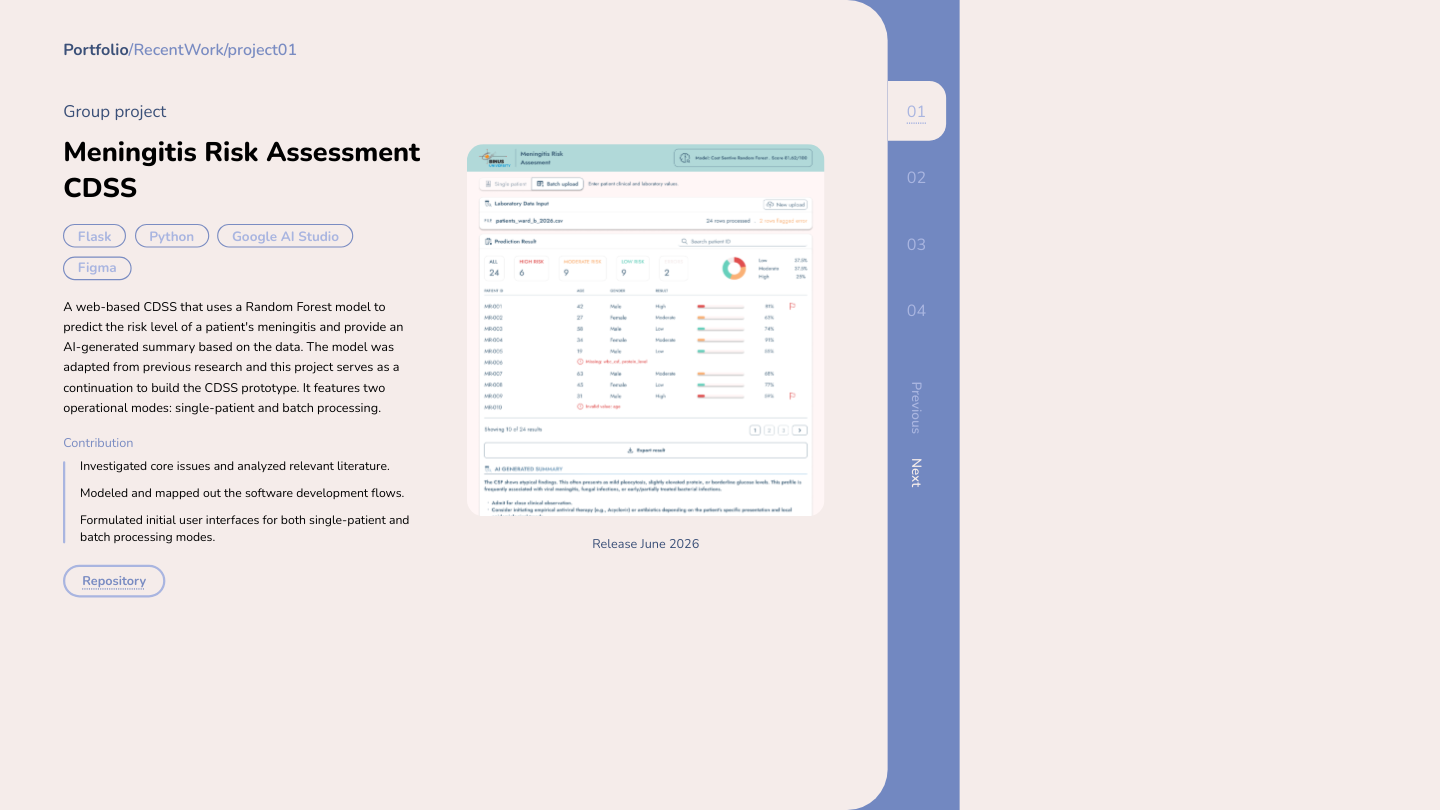
Repository: L-vy/L-vy
Page: /recentworks/project01
The author's editor kept a copy of each file at every save. The page is drawn from the files as they stood at one save, then again after the next save.
The browser window is 1280 px wide. The page is 1280 px wide, then 1920 px, then 1280 px, so the pictures cover 1920 px, including what lies to the right of the window. The pictures show the whole page, at 75% of full size.
Some web fonts or font styles are not loaded; a fallback is used. The project was rebuilt for these pictures with package versions that can differ from the ones it lists, and the page was loaded fresh each time. Also part of the build but not shown: vite.config.ts, src/components/Icon.tsx, src/data/site.ts, src/components/useGoTo.ts, src/components/Navbar.tsx, src/components/Hero.tsx, src/components/Reveal.tsx, src/components/Skills.tsx and 9 more.

Above is the page before, as saved 2026-10-07 22:16:42.

### index.html
<!doctype html>
<html lang="en">
  <head>
    <meta charset="UTF-8" />
    <meta name="viewport" content="width=device-width, initial-scale=1.0" />
    <meta name="description" content="Portfolio of Latasha Ivy Khoe, Computer Science student specializing in Cloud Technology, UI/UX design and full-stack development." />
    <meta name="theme-color" content="#7288c1" />
    <link rel="icon" href="/images/ivy-logo.svg" />
    <link rel="preconnect" href="https://fonts.googleapis.com" />
    <link rel="preconnect" href="https://fonts.gstatic.com" crossorigin />
    <link href="https://fonts.googleapis.com/css2?family=Nunito:ital,wght@0,400;0,600;0,700;0,800;1,400&family=Playwrite+US+Modern:wght@100..400&display=swap" rel="stylesheet" />
    <title>Latasha Ivy Khoe | Portfolio</title>
  </head>
  <body>
    <div id="root"></div>
    <script type="module" src="/src/main.tsx"></script>
  </body>
</html>

### src/main.tsx
import { StrictMode } from 'react'
import { createRoot } from 'react-dom/client'
import App from './App'
import './styles.css'
createRoot(document.getElementById('root')!).render(<StrictMode><App /></StrictMode>)

### src/App.tsx
import { BrowserRouter, Route, Routes } from 'react-router-dom'
import Home from './pages/Home'
import ProjectDetails from './pages/ProjectDetails'
import CursorCircle from './components/CursorCircle'
export default function App() {
  return (
    <BrowserRouter>
      <CursorCircle />
      <Routes>
        <Route path="/" element={<Home />} />
        <Route path="/recentworks/:id" element={<ProjectDetails />} />
        <Route path="*" element={<Home />} />
      </Routes>
    </BrowserRouter>
  )
}

### src/pages/ProjectDetails.tsx
import { useEffect } from 'react'
import { Navigate, useNavigate, useParams } from 'react-router-dom'
import { projects } from '../data/projects'
import ProjectSidebar from '../components/ProjectSidebar'
export default function ProjectDetails() {
  const { id } = useParams(); const nav = useNavigate()
  const i = projects.findIndex(p => p.id === id)
  useEffect(() => { window.scrollTo(0, 0) }, [id])
  if (i < 0) return <Navigate to="/" replace />
  const p = projects[i]
  return (
  <div style={{transform: 'scale(1.50)',transformOrigin: 'top left',width: '66.667%'}}>
    <div className="detail-shell">
      <main className="page detail">
        <p className="path">
        <button className="crumb" onClick={() => nav('/', { state: { scrollTo: 'recent-works' } })}><b>Portfolio</b>/RecentWork</button>/{p.id}
      </p>
      <div className="detail-grid">
        <div>
          <p className="meta">{p.type}</p>
          <h1 className="detail-title">{p.title}</h1>
          {/* <ul className="pills left">{p.categories.map(c => <li key={c} className="pill solid-outline">{c}</li>)}</ul>
          <p className="meta">{p.tools.join(' · ')} · {p.type}</p> */}
          <ul className="pills left" aria-label="Tools">{p.tools.map(t => <li key={t} className="pill solid-outline">{t}</li>)}</ul>
          <p className="lead sm">{p.description}</p>
          <h2 className="contrib">Contribution</h2>
          <ul className="contrib-list">{p.contributions.map(c => <li key={c}>{c}</li>)}</ul>
          <div className="detail-links">{p.links.map(l => <a key={l.label} className="pill link-dotted" href={l.url} target="_blank" rel="noreferrer">{l.label}</a>)}</div>
        </div>
        <figure className="proto">
          <img src={p.prototypeImage} alt={`${p.title} prototype`} />
          <figcaption>Release {p.releaseDate}</figcaption>
        </figure>
      </div>
      </main>
      <ProjectSidebar index={i} />      {/* first in the DOM = left side */}
    </div>
  </div>
  )
}
// export default function ProjectDetails() {
//   const { id } = useParams(); const nav = useNavigate()
//   const i = projects.findIndex(p => p.id === id)
//   useEffect(() => { window.scrollTo(0, 0) }, [id])
//   if (i < 0) return <Navigate to="/" replace />
//   const p = projects[i], prev = projects[i - 1], next = projects[i + 1]
//   const isLast = !next
//   return (<>
//     <main className="page detail">
//       <p className="path">
//         <button className="crumb" onClick={() => nav('/', { state: { scrollTo: 'recent-works' } })}><b>Portfolio</b>/RecentWork</button>/{p.id}
//       </p>
//       <div className="detail-grid">
//         <div>
//           <p className="meta">{p.type}</p>
//           <h1 className="detail-title">{p.title}</h1>
//           {/* <ul className="pills left">{p.categories.map(c => <li key={c} className="pill solid-outline">{c}</li>)}</ul>
//           <p className="meta">{p.tools.join(' · ')} · {p.type}</p> */}
//           <ul className="pills left" aria-label="Tools">{p.tools.map(t => <li key={t} className="pill solid-outline">{t}</li>)}</ul>
//           <p className="lead sm">{p.description}</p>
//           <h2 className="contrib">Contribution</h2>
//           <ul className="contrib-list">{p.contributions.map(c => <li key={c}>{c}</li>)}</ul>
//           <div className="detail-links">{p.links.map(l => <a key={l.label} className="pill link-dotted" href={l.url} target="_blank" rel="noreferrer">{l.label}</a>)}</div>
//         </div>
//         <figure className="proto">
//           <img src={p.prototypeImage} alt={`${p.title} prototype`} />
//           <figcaption>Release {p.releaseDate}</figcaption>
//         </figure>
//       </div>
//     </main>
//     <div className="pager">
//       {/* {prev ? <Link className="pager-btn prev" to={`/recentworks/${prev.id}`}>Previous</Link> : <span className="pager-btn prev off">Previous</span>}
//       {next ? <Link className="pager-btn" to={`/recentworks/${next.id}`}>Next</Link> : <span className="pager-btn off">Next</span>} */}
//       {prev ? <Link className={`pager-btn${isLast ? ' hang' : ''}`} to={`/recentworks/${prev.id}`}>Previous</Link> : <span className={`pager-btn off${isLast ? ' hang' : ''}`}>Previous</span>}
//       {next ? <Link className={`pager-btn${isLast ? '' : ' hang'}`} to={`/recentworks/${next.id}`}>Next</Link> : <span className={`pager-btn off${isLast ? '' : ' hang'}`}>Next</span>}
//     </div>
//   </>)
// }

### src/components/CursorCircle.tsx
import { useEffect, useRef } from 'react'
// Soft circle that follows the pointer and expands over buttons/links. Hidden on touch devices.
export default function CursorCircle() {
  const ref = useRef<HTMLDivElement>(null)
  useEffect(() => {
    if (!window.matchMedia('(hover: hover) and (pointer: fine)').matches) return
    const el = ref.current!
    const move = (e: MouseEvent) => {
      const over = (e.target as Element | null)?.closest('a,button,[data-cursor]')
      el.style.transform = `translate(${e.clientX}px,${e.clientY}px) translate(-50%,-50%) scale(${over ? 1 : 0})`
    }
    const leave = () => { el.style.transform = 'translate(-100px,-100px) scale(0)' }
    window.addEventListener('mousemove', move); document.addEventListener('mouseleave', leave)
    return () => { window.removeEventListener('mousemove', move); document.removeEventListener('mouseleave', leave) }
  }, [])
  return <div ref={ref} className="cursor-circle" aria-hidden="true" />
}

### src/data/projects.ts
export interface ProjectLink { label: string; url: string }
export interface Project {
  id: string; title: string; shortDescription: string; description: string
  image: string; prototypeImage: string; categories: string[]; tools: string[]; type: string
  links: ProjectLink[]; releaseDate: string; contributions: string[]
}
const img = (name: string) => `/images/projects/${name}.svg`
export const projects: Project[] = [
  {
    id: 'project01', title: 'Meningitis Risk Assessment CDSS',
    shortDescription: 'Clinical decision support for meningitis risk.',
    description: "A web-based CDSS that uses a Random Forest model to predict the risk level of a patient's meningitis and provide an AI-generated summary based on the data. The model was adapted from previous research and this project serves as a continuation to build the CDSS prototype. It features two operational modes: single-patient and batch processing.",
    image: img('cdss-meningitis'), prototypeImage: img('cdss-meningitis'), categories: ['Application Development', 'UI/UX'],
    tools: ['Flask', 'Python', 'Google AI Studio', 'Figma'], type: 'Group project',
    links: [{ label: 'Repository', url: 'https://github.com/chrysan95/meningitis_risk_assessment' }], releaseDate: 'June 2026',
    contributions: ['Investigated core issues and analyzed relevant literature.', 'Modeled and mapped out the software development flows.', 'Formulated initial user interfaces for both single-patient and batch processing modes.'],
  },
  {
    id: 'project02', title: 'Klerve', shortDescription: 'Haptic pen and AI app that helps people with ADHD regain focus.',
    description: "This project, which started as an ideation, is designed to help individuals with ADHD or focus difficulties by using a haptic pen connected to an app. The AI-based system tracks body and eye movements, then provides vibration alerts that help users regain focus. It aligns with Google.org's focus on education while implementing human-centered AI technology.",
    image: img('klerve'), prototypeImage: img('klerve'), categories: ['UI/UX'], tools: ['Figma'], type: 'Group project',
    links: [{ label: 'Proposal', url: 'https://drive.google.com/file/d/1Z4kwclvYXWxlEG2Ly2cNN0OCXOssgMGx/view?usp=sharing' }, { label: 'Video', url: 'https://youtu.be/0q1nO0iuCGU?si=mCvCKTX16-4OYDPh' }],
    releaseDate: 'March 2026',
    contributions: ['Researched target user needs and primary focus challenges.', 'Structured and designed the proposal layout for a highly readable review.', 'Assisted in designing initial interface concepts for the prototype app.'],
  },
  {
    id: 'project03', title: 'Ducky', shortDescription: 'Gamified flashcard app for smarter university studying.',
    description: 'Ducky is a gamified learning application made for university students who have trouble building a proper learning strategy. Built on a simple, memory-focused flashcard app, it makes studying more engaging and digestible in a shorter span of time. Each day presents a daily quest to unlock Ducky skins, completed by checking off to-do lists or earning XP in the training hall.',
    image: img('ducky'), prototypeImage: img('ducky'), categories: ['UI/UX'], tools: ['Figma'], type: 'Self-initiated project',
    links: [{ label: 'Prototype', url: 'https://www.figma.com/proto/vDHKPYqVWF5EF2O1UojpyD/Final-Project-UI-UX?node-id=77-3&p=f&viewport=-196%2C-27%2C0.02&t=XdKJMJBtwxoFTxZr-1&scaling=scale-down&content-scaling=fixed&starting-point-node-id=77%3A3&show-proto-sidebar=1&page-id=37%3A4298' }, { label: 'Overview', url: 'https://drive.google.com/file/d/1gh3WKY70dS-ZdYFia5I56Ok9MZQVw0ZY/view?usp=sharing' }],
    releaseDate: 'May 2025',
    contributions: ['Researched user needs through targeted surveys.', 'Designed interactive app prototype layouts.', 'Conducted app evaluations and user testing.', 'Structured the case study presentation and wireframes.'],
  },
  {
    id: 'project04', title: 'Perfect Farm', shortDescription: 'Marketplace for odd-looking produce to reduce food waste.',
    description: 'An online platform that enables farmers to sell odd-looking fruits and vegetables directly to consumers. These products are still fit for consumption but do not meet standard market appearances. The project aims to reduce food waste and give consumers affordable yet healthy diets, supporting UN Sustainable Development Goals 1, 2, and 10.',
    image: img('perfect-farm'), prototypeImage: img('perfect-farm'), categories: ['UI/UX'], tools: ['Figma'], type: 'Group project',
    links: [{ label: 'Prototype', url: 'https://www.figma.com/proto/0NArwISPxhp6qkAFpMuTFR/GoGlobal-Innovation?node-id=26-292&p=f&viewport=103%2C214%2C0.21&t=yB5uVCZkxzJckIVd-1&scaling=min-zoom&content-scaling=fixed&page-id=24%3A2' }, { label: 'Overview', url: 'https://canva.link/1w0f1v8fhv46lss' }],
    releaseDate: 'June 2025',
    contributions: ['Researched food waste relevancy across UK and SEA regions.', 'Formatted and structured the presentation layout.', 'Designed initial customer and farmer interface prototype layouts and app logo.'],
  },
]

### src/components/ProjectSidebar.tsx
import { Link } from 'react-router-dom'
import { projects } from '../data/projects'

const pad = (n: number) => String(n + 1).padStart(2, '0')

export default function ProjectSidebar({ index }: { index: number }) {
  const prev = projects[index - 1], next = projects[index + 1]
  return (
    <aside className="side">
      <nav className="steps" aria-label="Projects">
        {projects.map((q, n) => (
          <Link
            key={q.id}
            to={`/recentworks/${q.id}`}
            // RULE 2: 'on' = cream tab
            className={`step fx${n === index ? ' on' : ''}`}
            aria-label={`Project ${n + 1}: ${q.title}`}
            aria-current={n === index ? 'page' : undefined}
          >{pad(n)}</Link>
        ))}
      </nav>
      <nav className="side-nav" aria-label="Previous and next project">
        {/* RULE 3: no prev → first page → 'edge' (light blue) */}
        {prev
          ? <Link className="side-btn" to={`/recentworks/${prev.id}`}>Previous</Link>
          : <span className="side-btn edge" aria-disabled="true">Previous</span>}
        {/* RULE 3: no next → last page → 'edge' (light blue) */}
        {next
          ? <Link className="side-btn" to={`/recentworks/${next.id}`}>Next</Link>
          : <span className="side-btn edge" aria-disabled="true">Next</span>}
      </nav>
    </aside>
  )
}

Loaded but not shown: src/styles.css (193 lines, source omitted)

After the next save:
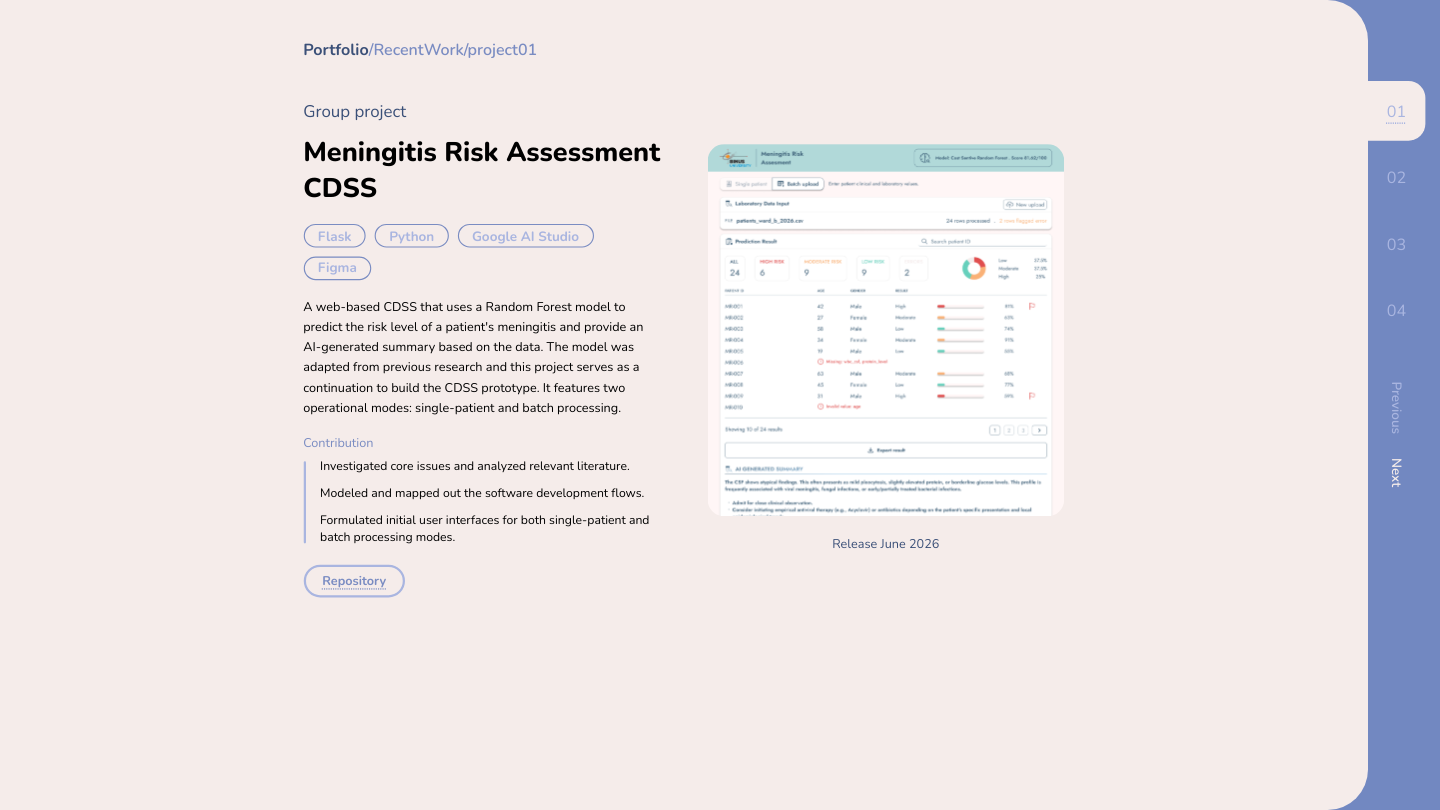
Saved 31 s later.
--- a/src/pages/ProjectDetails.tsx
+++ b/src/pages/ProjectDetails.tsx
@@ -9,7 +9,7 @@
   if (i < 0) return <Navigate to="/" replace />
   const p = projects[i]
   return (
-  <div style={{transform: 'scale(1.50)',transformOrigin: 'top left',width: '66.667%'}}>
+  <div style={{transform: 'scale(1.50)',transformOrigin: 'top left'}}>
     <div className="detail-shell">
       <main className="page detail">
         <p className="path">

After the save that followed:
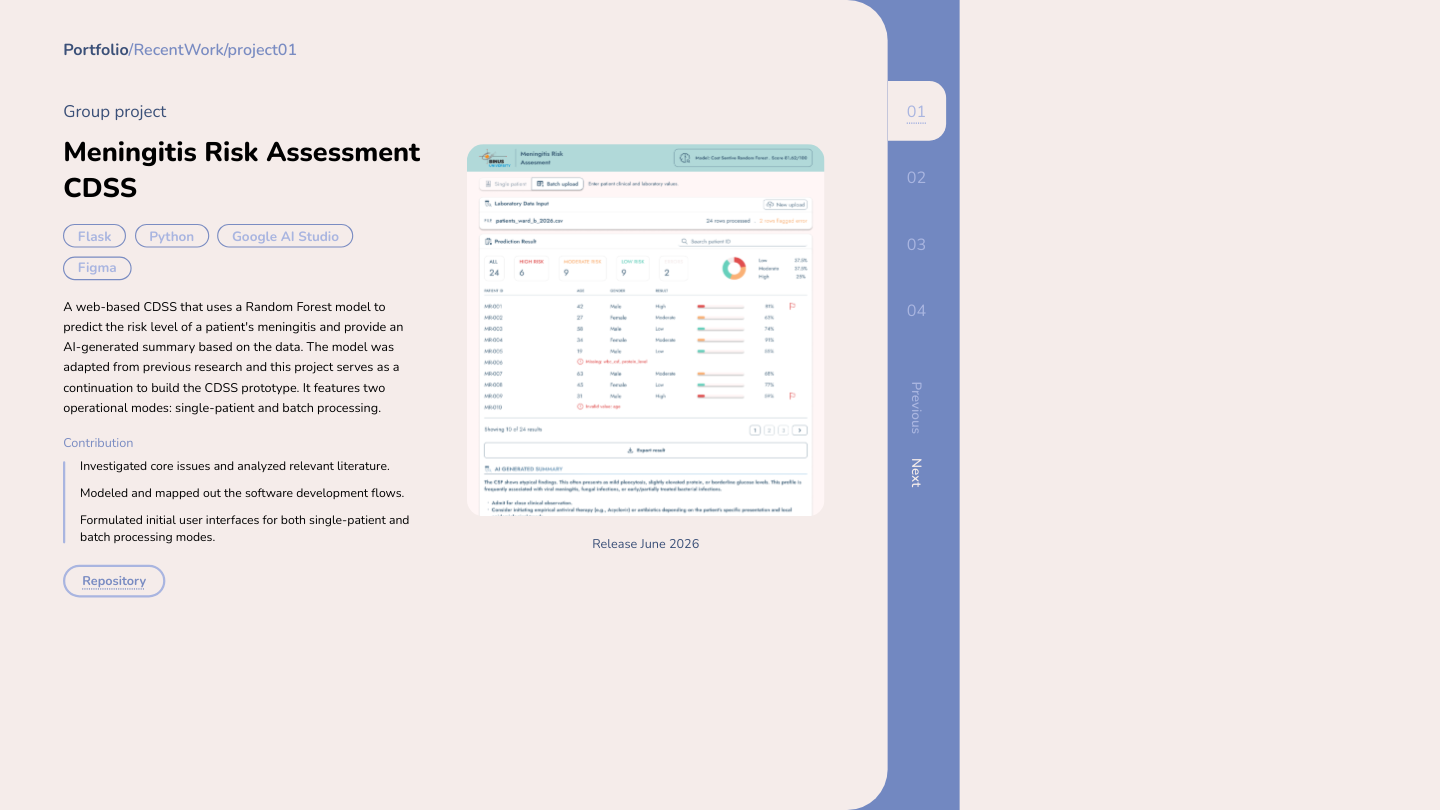
Saved 4 s later.
--- a/src/pages/ProjectDetails.tsx
+++ b/src/pages/ProjectDetails.tsx
@@ -9,7 +9,7 @@
   if (i < 0) return <Navigate to="/" replace />
   const p = projects[i]
   return (
-  <div style={{transform: 'scale(1.50)',transformOrigin: 'top left'}}>
+  <div style={{transform: 'scale(1.50)',transformOrigin: 'top left',width: '66.667%'}}>
     <div className="detail-shell">
       <main className="page detail">
         <p className="path">
